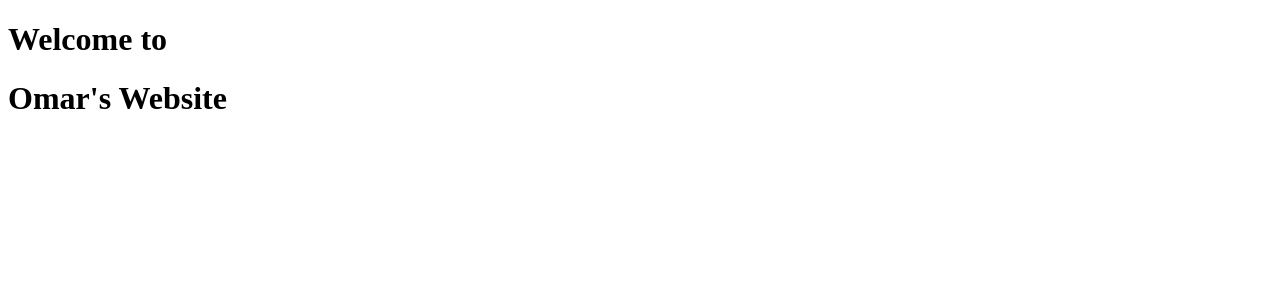
Repository: omarhasnain/web-portfolio
Page: index.html
An editor plug-in stored every save of this project. The page is shown before and after the next save, followed by the edit.
The browser window is 1280 px wide. The pictures show the whole page.

Above is the page before, as saved 2021-01-05 18:55:31.

### index.html
<!DOCTYPE html>
<html lang="en">
<head>
    <meta charset="UTF-8">
    <meta name="viewport" content="width=device-width, initial-scale=1.0">
    <title>Web Developer Omar</title>
    <link rel="stylesheet" href="web portfolio style.css">
</head>
<body>
    <h1>Welcome to </h1>
    <h1>Omar's Website</h1>

</body>
</html>

Loaded but not shown: web portfolio style.css (no stored copy; drawn as an empty file)

After the next save:
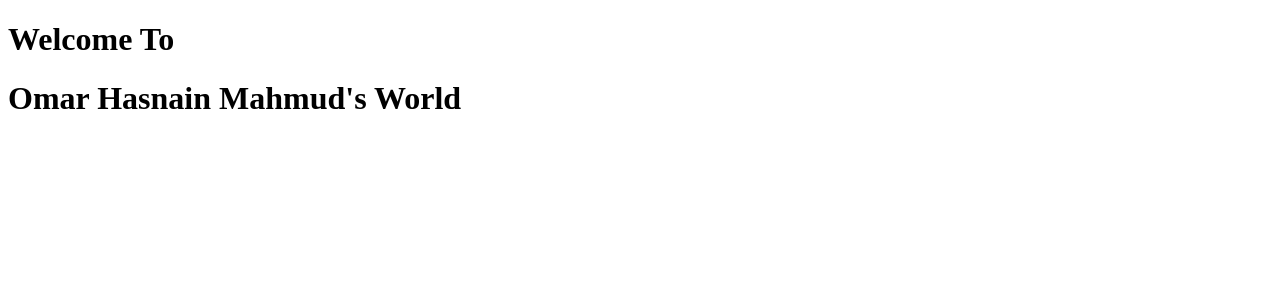
Saved 79 s later.
--- a/index.html
+++ b/index.html
@@ -7,8 +7,8 @@
     <link rel="stylesheet" href="web portfolio style.css">
 </head>
 <body>
-    <h1>Welcome to </h1>
-    <h1>Omar's Website</h1>
+    <h1>Welcome To </h1>
+    <h1>Omar Hasnain Mahmud's World</h1>
 
 </body>
 </html>
